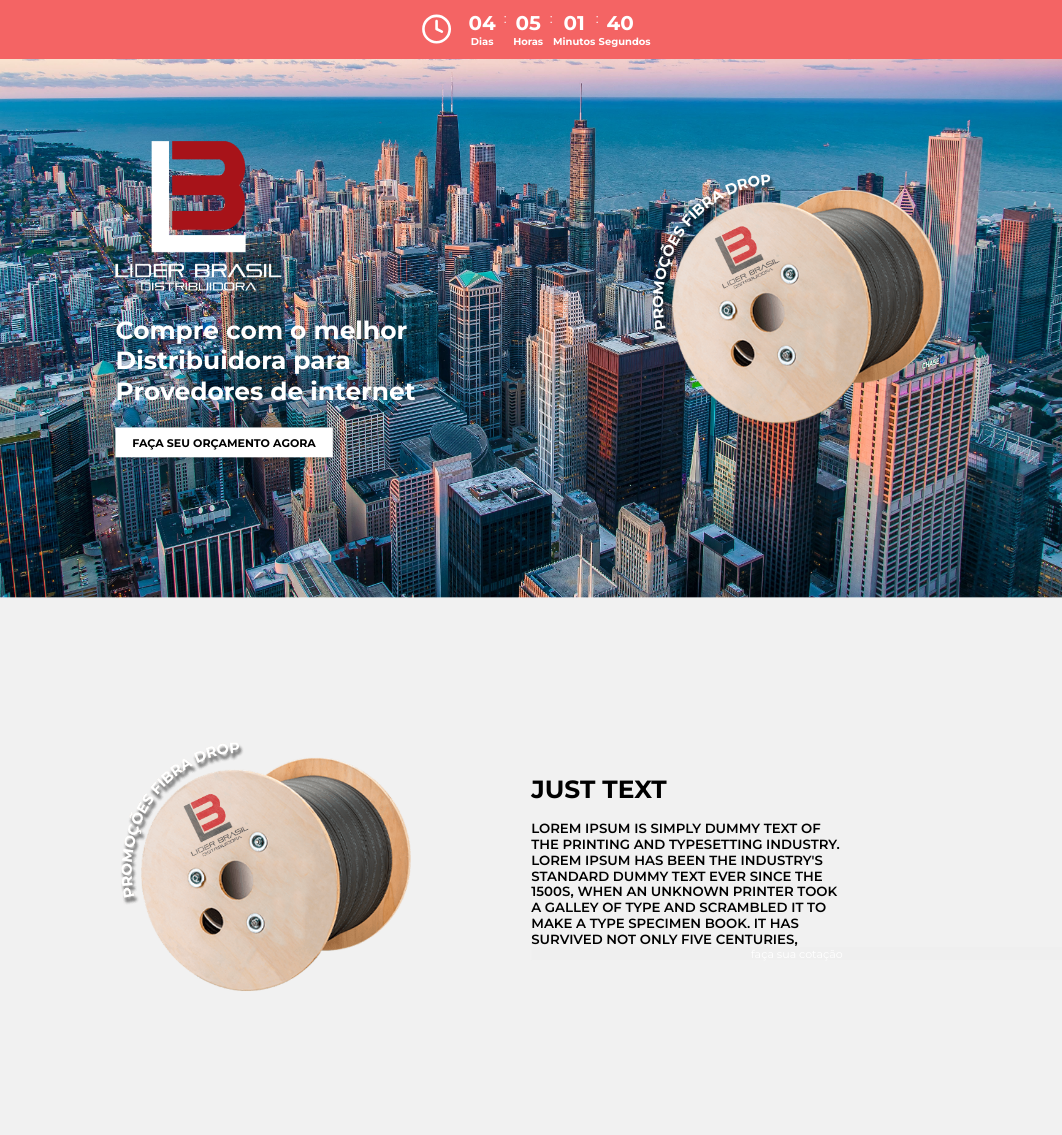
Repository: mateus-henrique-silva/landing_drop
Page: index.html
An editor plug-in stored every save of this project. The page is shown before and after the next save, followed by the edit.
The browser window is 1280 px wide. The pictures show the whole page, at 83% of full size.
Backgrounds fixed to the window are drawn as part of the page. Some web fonts or font styles are not loaded; a fallback is used.

Above is the page before, as saved 2022-08-26 13:07:51.

After the next save:
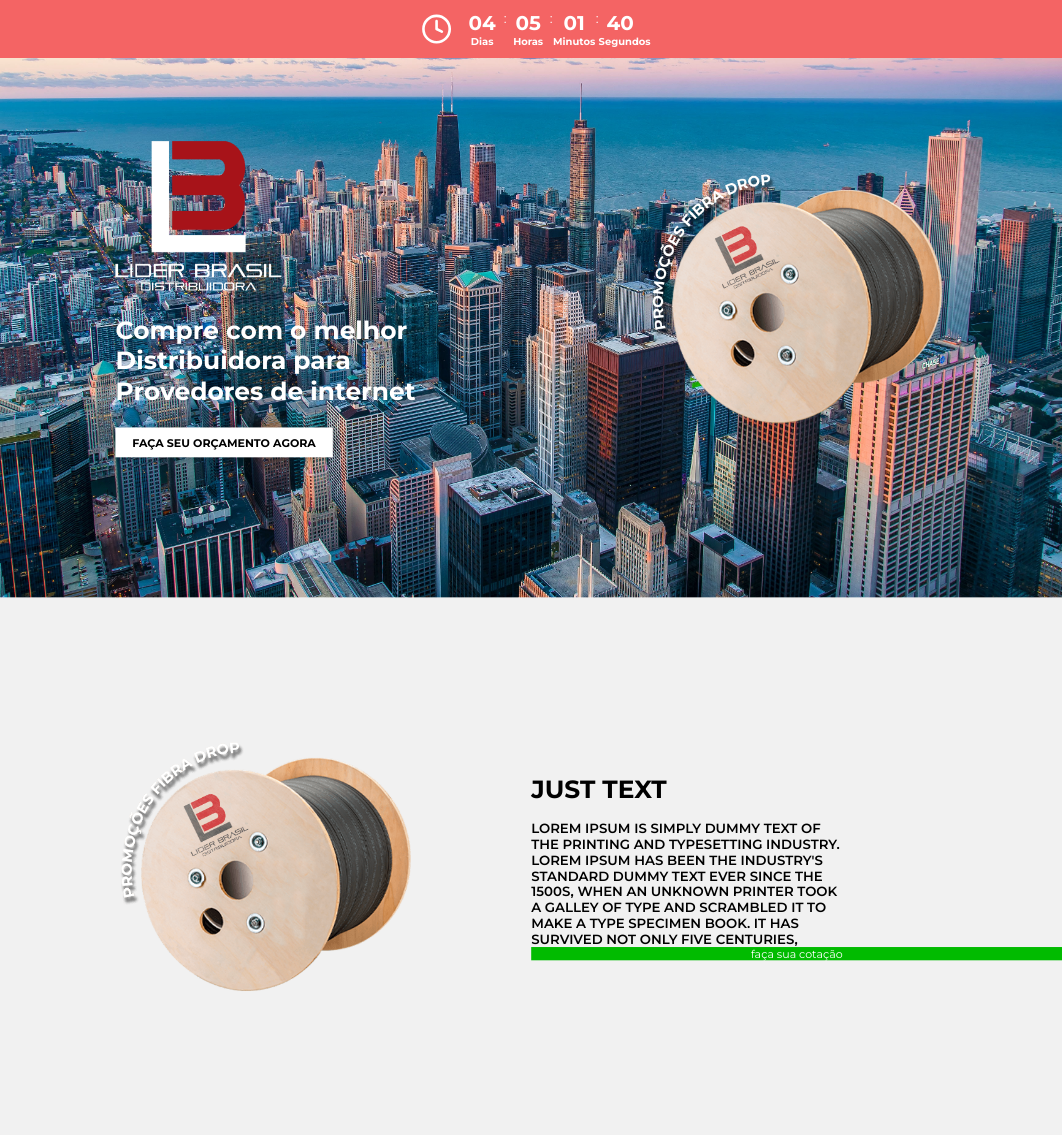
Saved 11 s later.
--- a/src/CSS/Main/cotação/cotacao.css
+++ b/src/CSS/Main/cotação/cotacao.css
@@ -40,7 +40,7 @@
 .btn-king{
     cursor: pointer;
     color: white;
-    background-color: #
+    background-color: #01bb00;
 }
 @media(max-width: 836px){
     .just-text{
